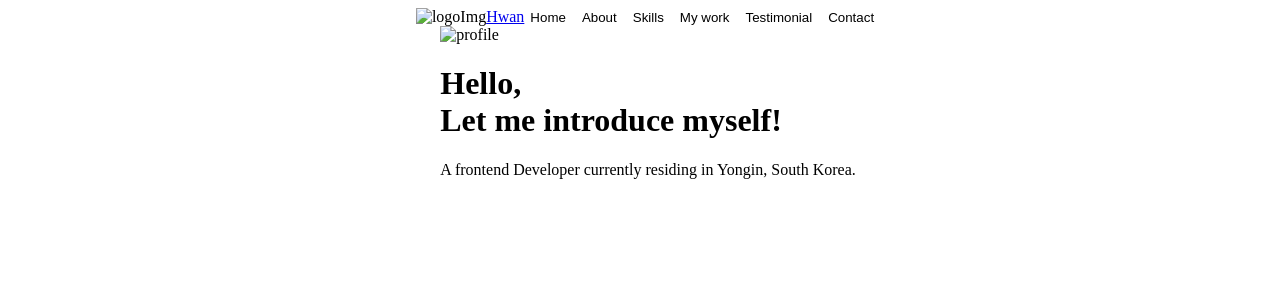
Repository: dhchun1203/Portfolio
Page: index.html
The author's editor kept a copy of each file at every save. The page is drawn from the files as they stood at one save, then again after the next save.
The browser window is 1280 px wide. The page is 1288 px wide, so the pictures cover 1288 px, including what lies to the right of the window. The pictures show the whole page.
Some web libraries are served in a nearby version.

Above is the page before, as saved 2020-12-02 15:44:33.

### index.html
<!DOCTYPE html>
<html lang="en">
	<head>
		<meta charset="UTF-8" />
		<meta name="viewport" content="width=device-width, initial-scale=1.0" />
		<title>Hwan's Portfolio</title>
		<meta
			name="description"
			content="portfolio for world-renowned software engineer Hwan"
		/>
		<meta name="author" content="Hwan" />
		<link rel="icon" type="image/png" href="imgs/favicon.png" />
		<script
			src="https://kit.fontawesome.com/8b98a99811.js"
			crossorigin="anonymous"
		></script>
		<link rel="preconnect" href="https://fonts.gstatic.com" />
		<link
			href="https://fonts.googleapis.com/css2?family=Open+Sans:wght@400;600;700&display=swap"
			rel="stylesheet"
		/>
		<link rel="stylesheet" href="style.css" />
		<script src="main.js" defer></script>
	</head>
	<body>
		<div class="home">
			<nav class="navbar">
				<div class="navbar__logo">
					<img src="" alt="logoImg" /><a href="#">Hwan</a>
				</div>
				<div class="navbar__btn">
					<button>Home</button>
					<button>About</button>
					<button>Skills</button>
					<button>My work</button>
					<button>Testimonial</button>
					<button>Contact</button>
				</div>
			</nav>
			<div class="content">
				<div class="content__img"><img src="" alt="profile" /></div>
				<div class="content__title">
					<h1>Hello, <br />Let me introduce myself!</h1>
				</div>
				<div class="content__description">
					<p>A frontend Developer currently residing in Yongin, South Korea.</p>
				</div>
				<div class="content__btn"></div>
			</div>
		</div>
	</body>
</html>

### style.css
body {
	width: 100%;
}

.home {
	display: flex;
	flex-direction: column;
	align-items: center;
}
.navbar {
	display: flex;
	flex-direction: row;
	justify-content: space-between;
}
.navbar__logo {
	display: flex;
	flex-direction: row;
}
.navbar__btn button {
	border-style: none;
	background: none;
}

Loaded but not shown: main.js (no copy from this time; the picture is the same without it)

After the next save:
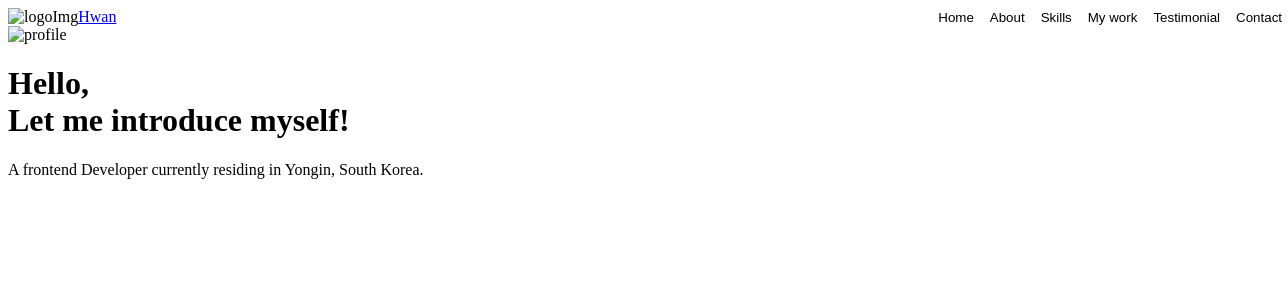
Saved 23 s later.
--- a/index.html
+++ b/index.html
@@ -23,30 +23,28 @@
 		<script src="main.js" defer></script>
 	</head>
 	<body>
-		<div class="home">
-			<nav class="navbar">
-				<div class="navbar__logo">
-					<img src="" alt="logoImg" /><a href="#">Hwan</a>
-				</div>
-				<div class="navbar__btn">
-					<button>Home</button>
-					<button>About</button>
-					<button>Skills</button>
-					<button>My work</button>
-					<button>Testimonial</button>
-					<button>Contact</button>
-				</div>
-			</nav>
-			<div class="content">
-				<div class="content__img"><img src="" alt="profile" /></div>
-				<div class="content__title">
-					<h1>Hello, <br />Let me introduce myself!</h1>
-				</div>
-				<div class="content__description">
-					<p>A frontend Developer currently residing in Yongin, South Korea.</p>
-				</div>
-				<div class="content__btn"></div>
+		<nav class="navbar">
+			<div class="navbar__logo">
+				<img src="" alt="logoImg" /><a href="#">Hwan</a>
 			</div>
+			<div class="navbar__btn">
+				<button>Home</button>
+				<button>About</button>
+				<button>Skills</button>
+				<button>My work</button>
+				<button>Testimonial</button>
+				<button>Contact</button>
+			</div>
+		</nav>
+		<div class="content">
+			<div class="content__img"><img src="" alt="profile" /></div>
+			<div class="content__title">
+				<h1>Hello, <br />Let me introduce myself!</h1>
+			</div>
+			<div class="content__description">
+				<p>A frontend Developer currently residing in Yongin, South Korea.</p>
+			</div>
+			<div class="content__btn"></div>
 		</div>
 	</body>
 </html>
